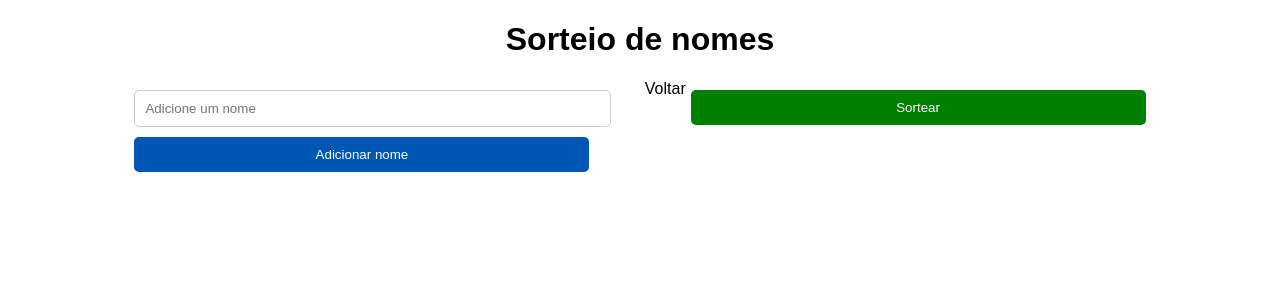
Repository: Matheus904-12/sorte
Page: sorteio-nomes.html
An editor plug-in stored every save of this project. The page is shown before and after a run of saves, followed by the edit.
The browser window is 1280 px wide. The pictures show the whole page.
The pointer rests on the first visible `button`.

Above is the page before, as saved 2023-09-10 19:32:15.

After the next 2 saves:
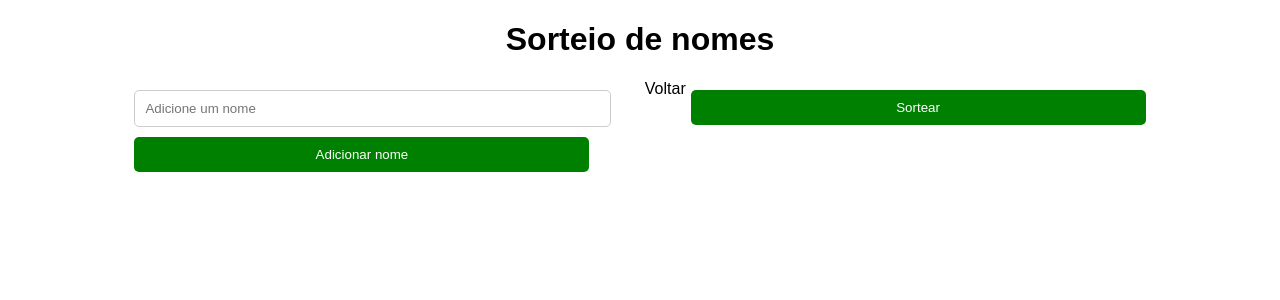
The 2 saves are shown as one change because they came seconds apart.
The last was saved 11 s later.
--- a/sorteio-nomes.html
+++ b/sorteio-nomes.html
@@ -35,7 +35,7 @@
     }
 
     button:hover {
-      background-color: #0056b3;
+      background-color: #0a;
     }
 
     .box {
